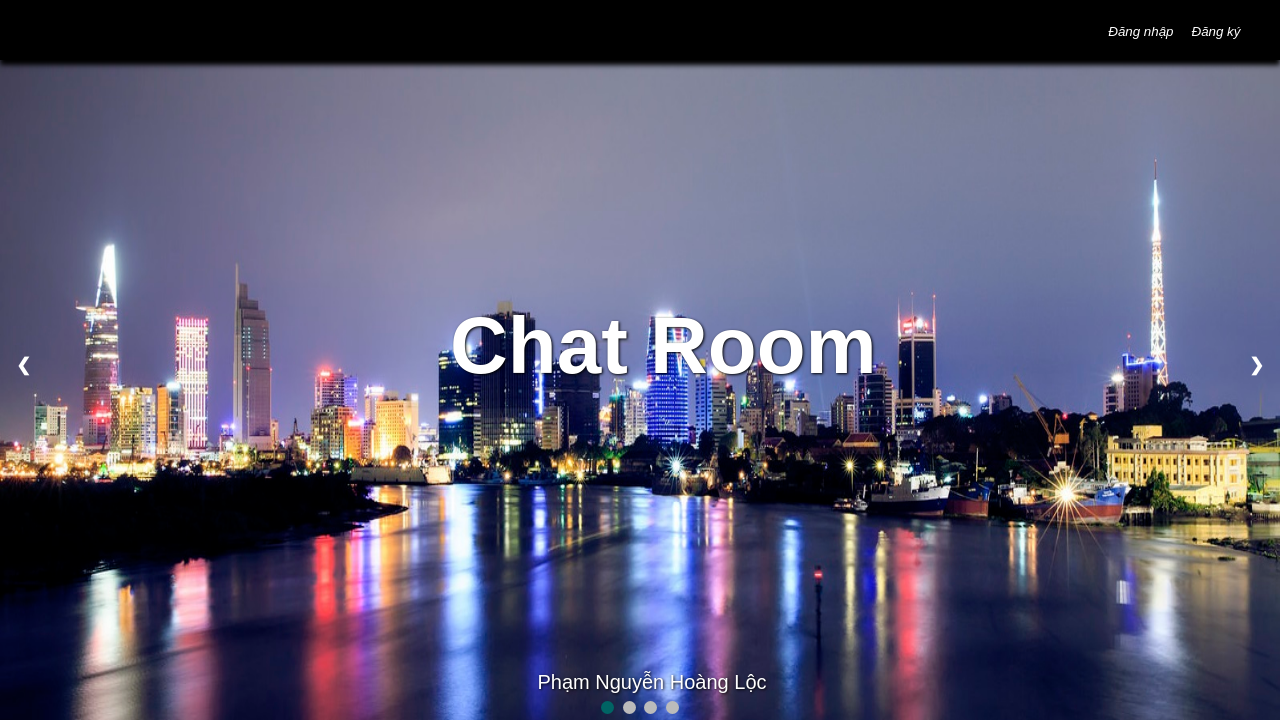
Repository: viplocpro/jsp
Page: ChatServlet/WebContent/index.html
An editor plug-in stored every save of this project. The page is shown before and after the next save, followed by the edit.
The browser window is 1280 px wide. The pictures show the whole page.

Above is the page before, as saved 2016-10-13 03:15:45.

After the next save:
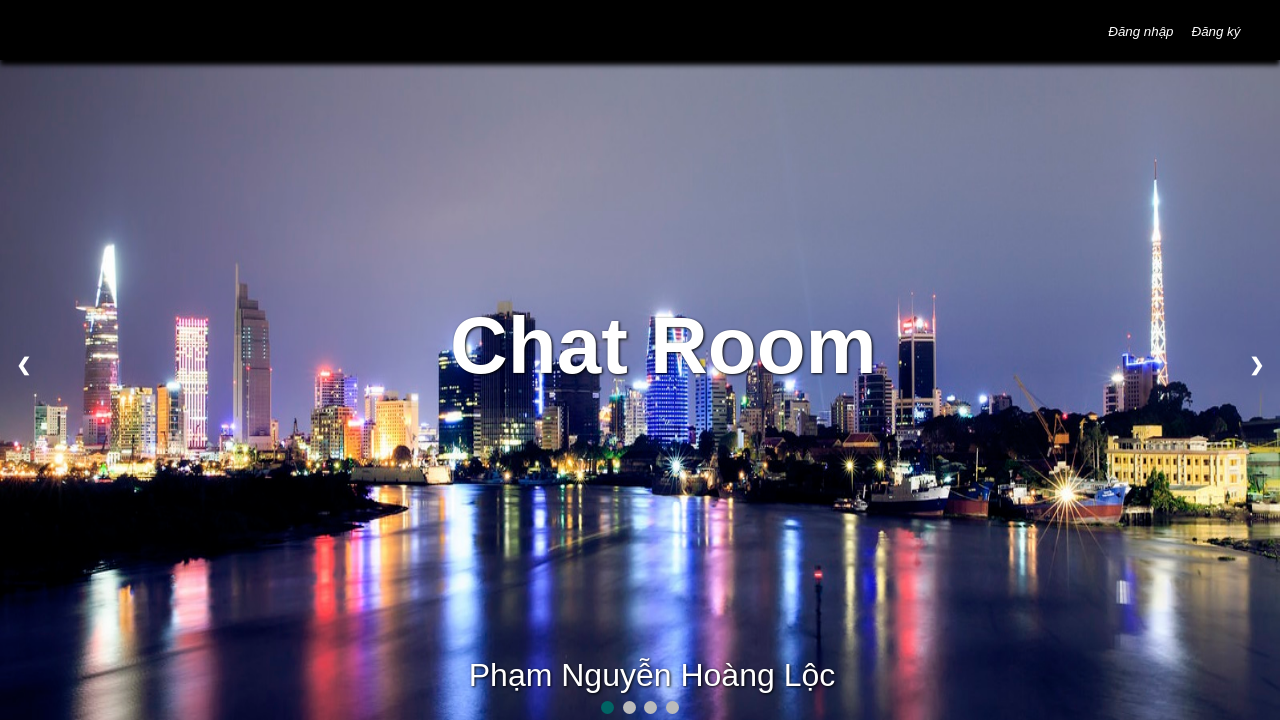
Saved 26 s later.
--- a/ChatServlet/WebContent/style/style.css
+++ b/ChatServlet/WebContent/style/style.css
@@ -131,7 +131,7 @@ body{
 /* Caption text */
 .text {
   color: #f2f2f2;
-  font-size: 20px;
+  font-size: 200%;
   padding: 8px 12px;
   position: absolute;
   bottom: 18px;
